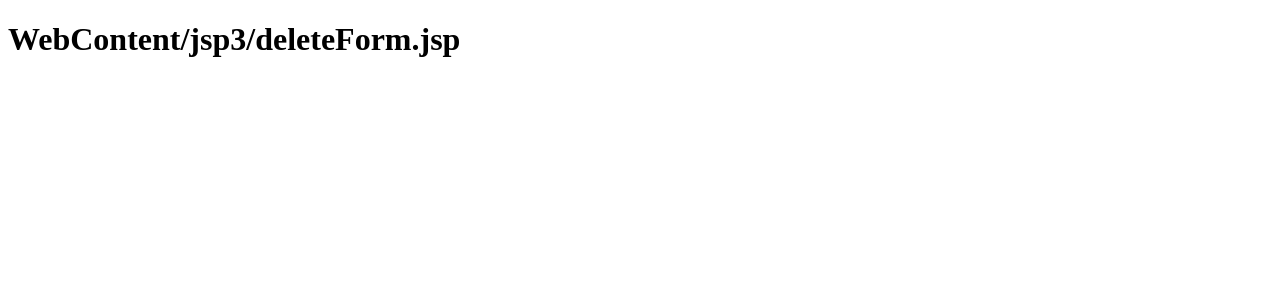
Repository: ReadStar/workspace_jsp
Page: http://localhost/StudyJSP/jsp3/deleteForm.jsp
These files come from the project's save history. The page is drawn as it stood at one moment and after the next save; the edit follows.
The browser window is 1280 px wide. The pictures show the whole page.
The page is served by Tomcat 9.

Above is the page before, as saved 2020-08-25 00:41:15.

After the next save:
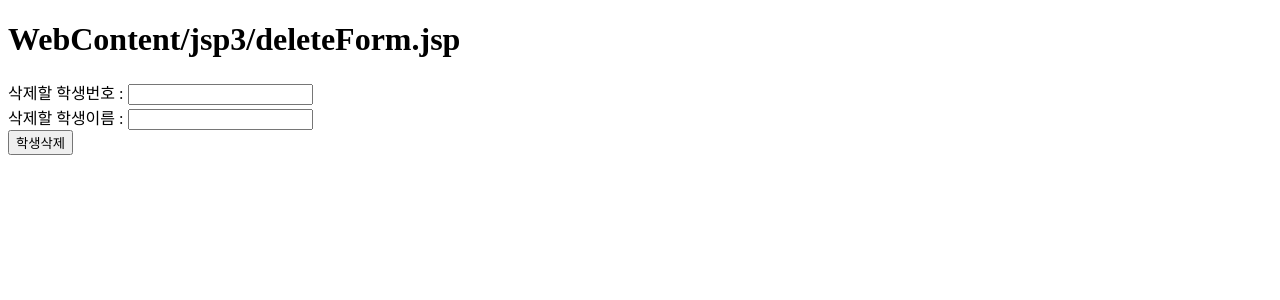
Saved 81 s later.
--- a/StudyJSP/WebContent/jsp3/deleteForm.jsp
+++ b/StudyJSP/WebContent/jsp3/deleteForm.jsp
@@ -8,5 +8,10 @@
 </head>
 <body>
 <h1>WebContent/jsp3/deleteForm.jsp</h1>
+<form action="deletePro.jsp" method="post">
+삭제할 학생번호 : <input type="text"	name="num"><br>
+삭제할 학생이름 : <input type="text" name="name"><br>
+<input type="submit" value="학생삭제">
+</form>
 </body>
 </html>
